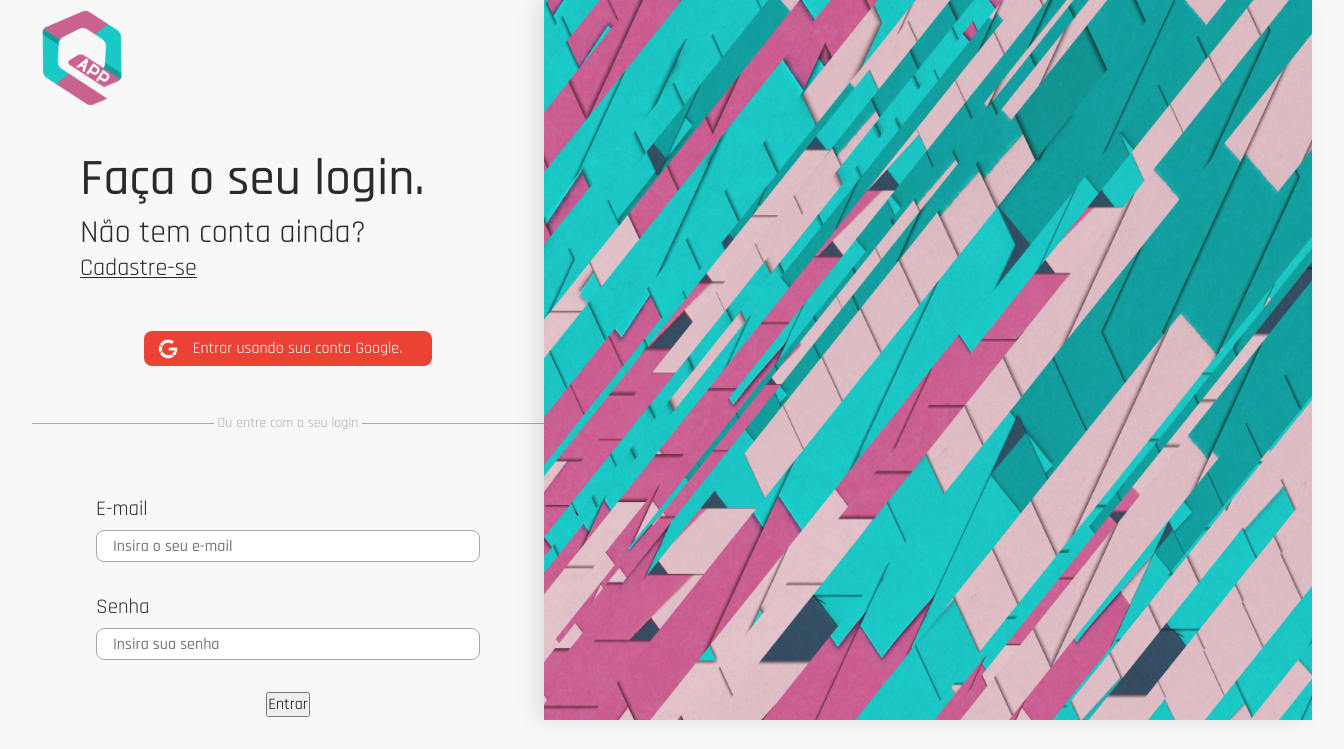
Repository: kika-cavalher/qapp-web
Page: /
These files come from the project's save history. The page is drawn as it stood at one moment and after the next save; the edit follows.
The browser window is 1280 px wide. The page is 1344 px wide, then 1312 px, so the pictures cover 1344 px, including what lies to the right of the window. The pictures show the whole page.
The page's requests for data from a server got no answer. The project was rebuilt for these pictures with package versions that can differ from the ones it lists, and the page was loaded fresh each time. No one was signed in, and anything a server would have sent is missing.

Above is the page before, as saved 2022-02-23 20:30:47.

After the next save:
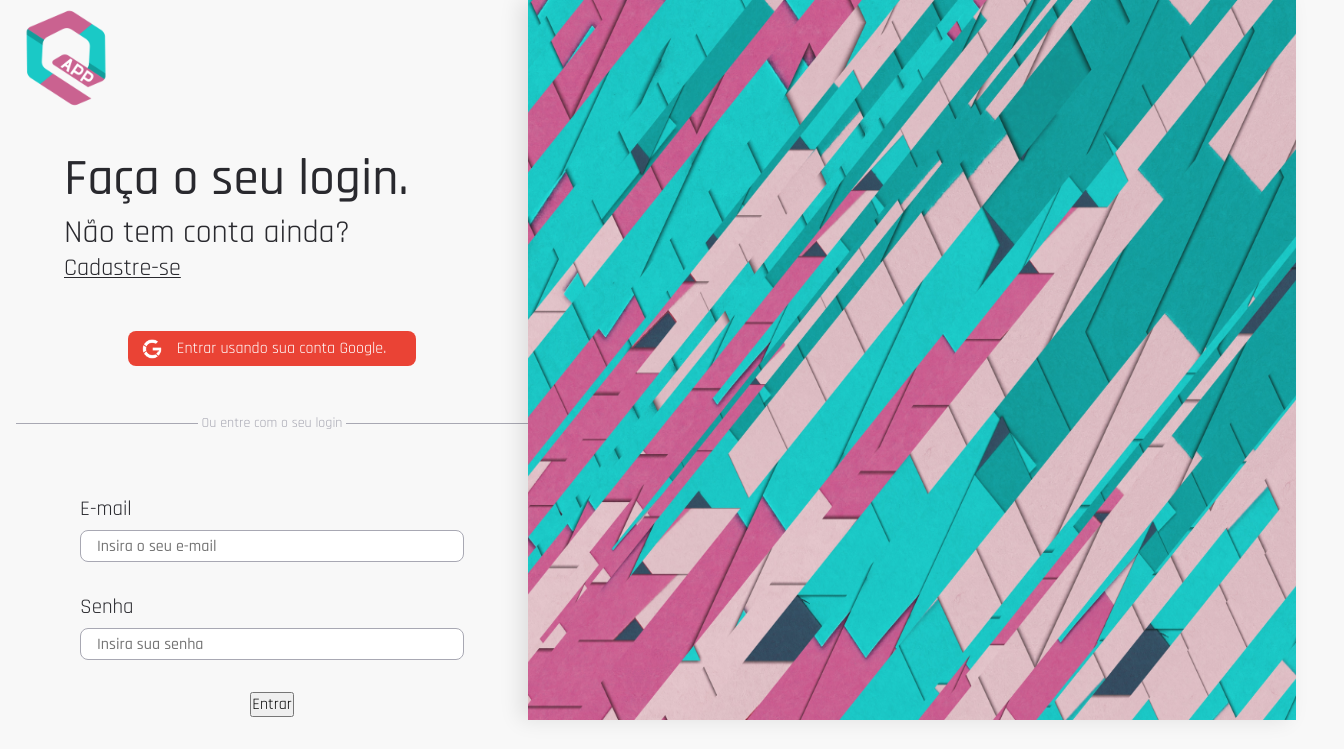
Saved 40 s later.
--- a/src/styles/pages/login.scss
+++ b/src/styles/pages/login.scss
@@ -7,7 +7,7 @@
 main{
     display: flex;
     flex-direction: row;
-    padding: 0 32px;
+    padding: 0 1rem;
 }
 
 .page-login--main__container {
